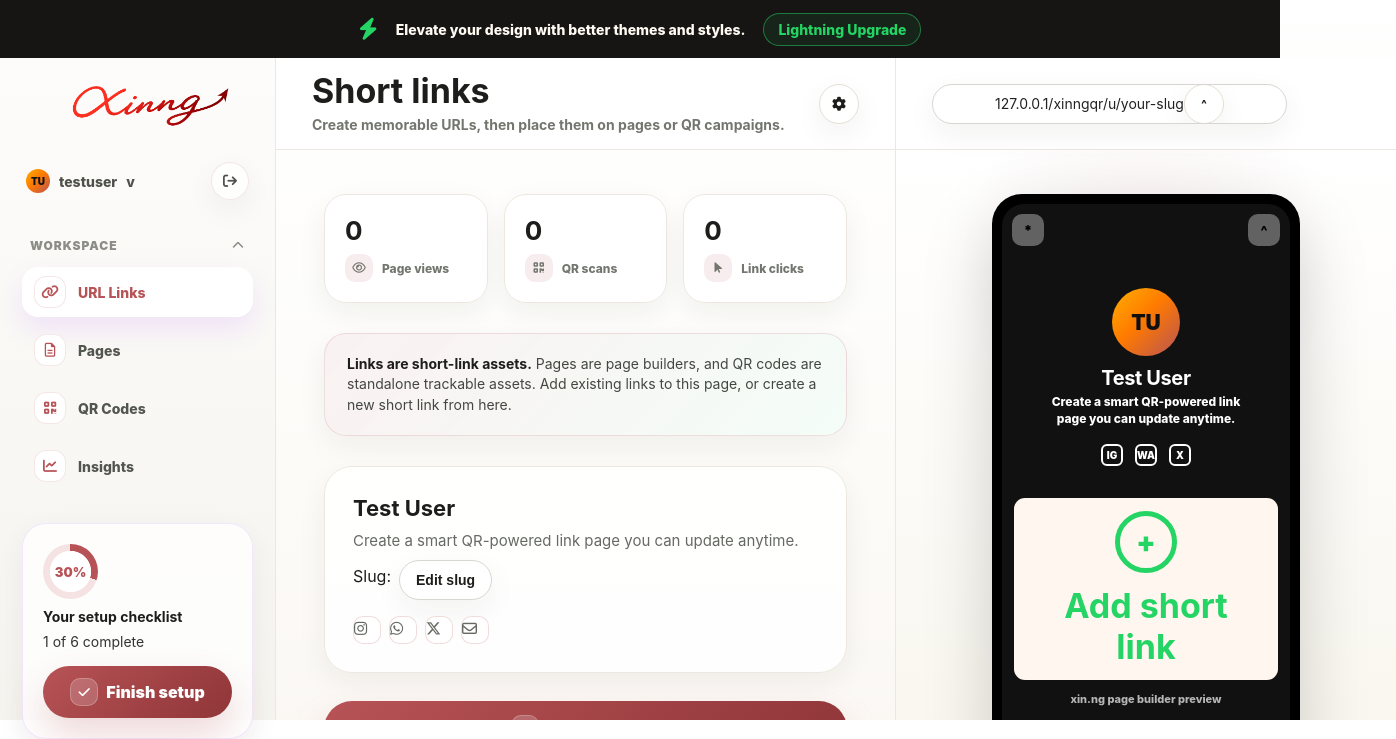
Repository: AyendiSimeon1/xinngqr
Page: http://localhost/xinngqr/dashboard.php
The author's editor kept a copy of each file at every save. The page is drawn from the files as they stood at one save, then again after the next save.
The browser window is 1280 px wide. The page is 1396 px wide, so the pictures cover 1396 px, including what lies to the right of the window. The pictures show the whole page.
An inner scrolling area shows only its first screen. The page is run by PHP 8.4 with error messages shown; the project is at /var/www/html/. The session is filled in as if someone had signed in: {"user_id": 1, "user_name": "Test User"}. Other server files are loaded and not shown. Queries for data that is not in the repository find no rows.

Above is the page before, as saved 2026-06-20 06:20:30.

### assets/dashboard.css
:root {
      --bg: #fbfaf7;
      --panel: #ffffff;
      --sidebar: #f6f4ef;
      --ink: #1d1d1b;
      --muted: #73766e;
      --line: #ece8df;
      --soft: #f8f5ef;
      --brand-red: #B75356;
      --brand-red-dark: #8f3538;
      --brand-red-soft: #f5e3e3;
      --green: #24d464;
      --gold: #ffb000;
      --orange: #ff7a00;
      --blue: #2f73ff;
      --phone: #111111;
      --shadow: 0 22px 58px rgba(39, 31, 18, .08);
      --soft-shadow: 0 10px 30px rgba(39, 31, 18, .06);
    }

    * { box-sizing: border-box; }

    body {
      margin: 0;
      min-height: 100vh;
      overflow: hidden;
      background:
        linear-gradient(180deg, #fff 0%, var(--bg) 42%, #f7f2ea 100%);
      color: var(--ink);
      font-family: Inter, ui-sans-serif, system-ui, -apple-system, BlinkMacSystemFont, "Segoe UI", sans-serif;
    }

    a { color: inherit; }

    .upgrade-bar {
      height: 58px;
      display: flex;
      align-items: center;
      justify-content: center;
      gap: 18px;
      background: #171513;
      color: #fffaf2;
      font-size: 14px;
      font-weight: 800;
    }

    .upgrade-pill {
      display: inline-flex;
      align-items: center;
      gap: 7px;
      border: 1px solid rgba(36, 212, 100, .5);
      border-radius: 999px;
      padding: 7px 14px;
      color: var(--green);
      text-decoration: none;
      background: rgba(36, 212, 100, .08);
    }

    .spark { color: var(--green); font-size: 22px; line-height: 1; }

    .dashboard {
      height: calc(100vh - 58px);
      display: grid;
      grid-template-columns: 276px minmax(620px, 1fr) 500px;
      background: transparent;
    }

    .sidebar {
      display: flex;
      flex-direction: column;
      min-height: 0;
      padding: 28px 22px 24px;
      background:
        linear-gradient(180deg, rgba(255,255,255,.72), rgba(246,244,239,.94)),
        var(--sidebar);
      border-right: 1px solid var(--line);
    }

    .brand-slot {
      display: flex;
      align-items: center;
      justify-content: flex-start;
      gap: 14px;
      min-height: 46px;
      margin-bottom: 30px;
      padding: 10px 12px;

    }

    .brand-slot img {

      Max-height: 120px;
      object-fit: contain;
      object-position: left center;
      display: block;
    }

    .account {
      display: flex;
      align-items: center;
      justify-content: space-between;
      gap: 10px;
      margin-bottom: 38px;
      padding: 0 4px;
    }

    .account-main {
      display: flex;
      align-items: center;
      gap: 9px;
      min-width: 0;
      font-weight: 800;
      color: #4f514b;
      font-size: 14px;
    }

    .avatar {
      width: 24px;
      height: 24px;
      display: inline-flex;
      align-items: center;
      justify-content: center;
      flex: 0 0 auto;
      border-radius: 999px;
      color: #111;
      font-size: 10px;
      font-weight: 900;
      background: linear-gradient(135deg, var(--gold), var(--orange) 45%, var(--brand-red));
    }

    .icon-btn {
      width: 40px;
      height: 40px;
      display: inline-flex;
      align-items: center;
      justify-content: center;
      border: 1px solid #e5dfd3;
      border-radius: 999px;
      background: var(--panel);
      color: var(--ink);
      text-decoration: none;
      font-size: 11px;
      font-weight: 1000;
      cursor: pointer;
      box-shadow: var(--soft-shadow);
    }

    .icon-btn i {
      font-size: 14px;
    }

    .sidebar .icon-btn {
      width: 38px;
      height: 38px;
      border: 1px solid rgba(183,83,86,.14);
      background: rgba(255,255,255,.7);
      color: #4f514b;
    }

    .nav-section { margin-bottom: 32px; }
    .nav-heading {
      display: flex;
      align-items: center;
      justify-content: space-between;
      padding: 0 8px 14px;
      color: #8b8d86;
      font-size: 12px;
      font-weight: 900;
      letter-spacing: .08em;
      text-transform: uppercase;
    }

    .nav-small {
      margin: 20px 8px 8px;
      color: #8b8d87;
      font-size: 12px;
      font-weight: 700;
    }

    .nav-item {
      display: flex;
      align-items: center;
      gap: 12px;
      min-height: 48px;
      margin-bottom: 8px;
      padding: 9px 12px;
      border-radius: 16px;
      color: #53564f;
      text-decoration: none;
      font-size: 14px;
      font-weight: 800;
      transition: background .16s ease, color .16s ease, transform .16s ease;
    }

    .nav-item.active {
      background: #ffffff;
      color: var(--brand-red);
      box-shadow: 0 12px 28px rgba(143, 34, 255, .10);
    }

    .nav-item:hover {
      background: rgba(255,255,255,.72);
      transform: translateY(-1px);
    }

    .nav-item.disabled {
      color: #999b95;
      cursor: default;
    }

    .nav-icon {
      width: 32px;
      height: 32px;
      display: inline-flex;
      align-items: center;
      justify-content: center;
      flex: 0 0 auto;
      border-radius: 12px;
      background: #fff;
      color: var(--brand-red);
      font-size: 14px;
      font-weight: 1000;
      box-shadow: inset 0 0 0 1px rgba(183,83,86,.14);
    }

    .new-badge,
    .later-badge {
      margin-left: auto;
      padding: 1px 6px;
      border: 1px solid var(--brand-red);
      border-radius: 999px;
      color: var(--brand-red);
      font-size: 10px;
      font-weight: 900;
    }

    .later-badge {
      border-color: #c3c4bd;
      color: #777a72;
    }

    .setup-card {
      margin-top: auto;
      padding: 20px;
      border: 1px solid rgba(143, 34, 255, .10);
      border-radius: 24px;
      background: rgba(255,255,255,.78);
      box-shadow: var(--soft-shadow);
    }

    .progress-ring {
      width: 55px;
      height: 55px;
      display: grid;
      place-items: center;
      margin-bottom: 9px;
      border-radius: 50%;
      background:
        radial-gradient(circle at center, #fff 52%, transparent 54%),
        conic-gradient(var(--brand-red) var(--completion), var(--brand-red-soft) 0);
      color: var(--brand-red);
      font-size: 13px;
      font-weight: 900;
    }

    .setup-card strong { display: block; font-size: 14px; }
    .setup-card p { margin: 8px 0 16px; color: #333; font-size: 14px; }

    .primary-btn {
      display: inline-flex;
      align-items: center;
      justify-content: center;
      gap: 8px;
      width: 100%;
      min-height: 52px;
      border: 0;
      border-radius: 999px;
      background: linear-gradient(135deg, var(--brand-red), var(--brand-red-dark));
      color: #fff;
      text-decoration: none;
      font-size: 16px;
      font-weight: 900;
      cursor: pointer;
      box-shadow: 0 18px 36px rgba(183, 83, 86, .22);
    }

    .main {
      min-width: 0;
      min-height: 0;
      display: flex;
      flex-direction: column;
      background: rgba(255,255,255,.46);
      border-right: 1px solid var(--line);
    }

    .main-header,
    .preview-header {
      min-height: 92px;
      display: flex;
      align-items: center;
      justify-content: space-between;
      padding: 0 36px;
      border-bottom: 1px solid var(--line);
      background: rgba(255,255,255,.78);
      backdrop-filter: blur(16px);
    }

    .main-header h1 {
      margin: 0;
      font-size: 34px;
      line-height: 1;
      letter-spacing: 0;
    }

    .header-title {
      display: grid;
      gap: 8px;
    }

    .header-title span {
      color: var(--muted);
      font-size: 14px;
      font-weight: 700;
    }

    .header-actions {
      display: flex;
      align-items: center;
      gap: 9px;
    }

    .label-icon {
      width: 28px;
      height: 28px;
      display: inline-flex;
      align-items: center;
      justify-content: center;
      flex: 0 0 auto;
      border-radius: 10px;
      background: rgba(183,83,86,.10);
      color: var(--brand-red);
      font-size: 13px;
      font-weight: 1000;
    }

    .primary-btn .label-icon {
      background: rgba(255,255,255,.18);
      color: #fff;
      box-shadow: inset 0 0 0 1px rgba(255,255,255,.22);
    }

    .ghost-btn {
      display: inline-flex;
      align-items: center;
      justify-content: center;
      gap: 8px;
      min-height: 40px;
      padding: 0 16px;
      border: 1px solid #d7d6d0;
      border-radius: 999px;
      background: #fff;
      color: var(--ink);
      text-decoration: none;
      font-size: 14px;
      font-weight: 800;
      box-shadow: var(--soft-shadow);
    }

    .content {
      min-height: 0;
      overflow-y: auto;
      padding: 44px 48px 80px;
    }

    .content::-webkit-scrollbar,
    .phone-screen::-webkit-scrollbar { width: 12px; }
    .content::-webkit-scrollbar-track,
    .phone-screen::-webkit-scrollbar-track { background: transparent; }
    .content::-webkit-scrollbar-thumb,
    .phone-screen::-webkit-scrollbar-thumb { background: #8f8f8d; border-radius: 999px; }

    .editor-column {
      width: min(760px, 100%);
      margin: 0 auto;
    }

    .profile-strip {
      display: flex;
      gap: 18px;
      align-items: center;
      margin-bottom: 28px;
      padding: 28px;
      border: 1px solid var(--line);
      border-radius: 28px;
      background: rgba(255,255,255,.86);
      box-shadow: var(--soft-shadow);
    }

    .profile-copy strong {
      display: block;
      font-size: 22px;
      margin-bottom: 8px;
    }

    .profile-copy span {
      display: block;
      color: #676a63;
      font-size: 15px;
      line-height: 1.55;
    }

    .social-row {
      display: flex;
      gap: 8px;
      margin-top: 16px;
    }

    .social-dot {
      width: 28px;
      height: 28px;
      display: inline-flex;
      align-items: center;
      justify-content: center;
      border: 1px solid rgba(183,83,86,.20);
      border-radius: 10px;
      background: #fff;
      color: var(--brand-red);
      font-size: 11px;
      font-weight: 900;
    }

    .add-btn {
      min-height: 56px;
      margin: 0 0 28px;
      font-size: 16px;
    }

    .secondary-row {
      display: flex;
      align-items: center;
      justify-content: space-between;
      gap: 16px;
      margin-bottom: 30px;
    }

    .archive-link {
      display: inline-flex;
      align-items: center;
      gap: 8px;
      color: #4f514b;
      text-decoration: none;
      font-size: 14px;
      font-weight: 700;
    }

    .link-card {
      position: relative;
      display: grid;
      grid-template-columns: 28px 1fr auto;
      gap: 18px;
      min-height: 152px;
      margin-bottom: 26px;
      padding: 28px 26px 22px 14px;
      border: 1px solid var(--line);
      border-radius: 28px;
      background: rgba(255,255,255,.92);
      box-shadow: var(--shadow);
    }

    .link-card.selected {
      border-color: var(--blue);
      box-shadow: 0 14px 32px rgba(47, 115, 255, .12);
    }

    .drag {
      align-self: center;
      color: #7d7f79;
      font-size: 18px;
      text-align: center;
    }

    .link-title {
      display: flex;
      align-items: center;
      gap: 8px;
      margin-bottom: 8px;
      font-weight: 900;
      line-height: 1.1;
    }

    .link-url {
      display: flex;
      align-items: center;
      gap: 8px;
      color: #2f312e;
      font-size: 15px;
      word-break: break-word;
    }

    .tiny-edit {
      color: #111;
      font-size: 13px;
      font-weight: 900;
      text-decoration: none;
    }

    .tool-row {
      display: flex;
      align-items: center;
      flex-wrap: wrap;
      gap: 12px;
      margin-top: 22px;
      color: #7d8279;
      font-size: 14px;
      font-weight: 800;
    }

    .tool-row .active-tool { color: var(--brand-red); }

    .tool-row span {
      min-width: 30px;
      height: 30px;
      display: inline-flex;
      align-items: center;
      justify-content: center;
      border-radius: 10px;
      background: #f8f5ef;
      color: #777a72;
    }

    .tool-row .click-count {
      width: auto;
      padding: 0 10px;
      gap: 7px;
    }

    .link-actions {
      display: flex;
      flex-direction: column;
      align-items: flex-end;
      justify-content: space-between;
      color: #6f746b;
      font-size: 15px;
    }

    .action-icon {
      width: 34px;
      height: 34px;
      display: inline-flex;
      align-items: center;
      justify-content: center;
      border-radius: 12px;
      background: #f8f5ef;
      color: #5c5f57;
    }

    .toggle {
      width: 34px;
      height: 20px;
      position: relative;
      border-radius: 999px;
      background: #c9cbc5;
    }

    .toggle::after {
      content: "";
      position: absolute;
      top: 3px;
      left: 3px;
      width: 14px;
      height: 14px;
      border-radius: 50%;
      background: #fff;
      box-shadow: 0 1px 2px rgba(0,0,0,.2);
    }

    .toggle.on { background: #087a32; }
    .toggle.on::after { left: 17px; }

    .suggestion {
      grid-column: 1 / -1;
      margin: 0 -24px -20px -10px;
      padding: 16px 22px;
      border-top: 1px solid rgba(47,115,255,.18);
      border-radius: 0 0 27px 27px;
      background: #f0f7ff;
      color: #111;
      font-size: 15px;
    }

    .empty-state {
      padding: 42px;
      border: 1px dashed #d9d0c0;
      border-radius: 28px;
      background: rgba(255,255,255,.86);
      color: var(--muted);
      text-align: center;
    }

    .model-note {
      margin-bottom: 30px;
      padding: 20px 22px;
      border: 1px solid rgba(183,83,86,.16);
      border-radius: 22px;
      background:
        linear-gradient(135deg, rgba(183,83,86,.08), rgba(36,212,100,.05)),
        #fff;
      color: #444741;
      font-size: 14px;
      line-height: 1.45;
      box-shadow: var(--soft-shadow);
    }

    .model-note strong {
      color: var(--ink);
    }

    .stats-row {
      display: grid;
      grid-template-columns: repeat(3, 1fr);
      gap: 16px;
      margin-bottom: 30px;
    }

    .stat-card {
      padding: 20px;
      border: 1px solid var(--line);
      border-radius: 22px;
      background: rgba(255,255,255,.88);
      box-shadow: var(--soft-shadow);
    }

    .stat-label {
      display: flex;
      align-items: center;
      gap: 9px;
      color: var(--muted);
      font-size: 12px;
      font-weight: 900;
    }

    .stat-card strong {
      display: block;
      font-size: 26px;
      margin-bottom: 8px;
    }

    .stat-card span {
      color: var(--muted);
      font-size: 12px;
      font-weight: 800;
    }

    .preview {
      min-width: 0;
      min-height: 0;
      display: flex;
      flex-direction: column;
      background: rgba(255,255,255,.72);
    }

    .url-pill {
      flex: 1;
      max-width: 355px;
      height: 40px;
      display: flex;
      align-items: center;
      justify-content: center;
      padding: 0 18px;
      border: 1px solid #d7d6d0;
      border-radius: 999px;
      color: #222;
      font-size: 14px;
      white-space: nowrap;
      overflow: hidden;
      text-overflow: ellipsis;
      background: #fff;
      box-shadow: var(--soft-shadow);
    }

    .preview-body {
      min-height: 0;
      display: grid;
      place-items: center;
      padding: 44px;
      overflow: auto;
      background:
        radial-gradient(circle at 50% 20%, rgba(183,83,86,.08), transparent 36%),
        linear-gradient(180deg, #fff, #faf7f0);
    }

    .phone {
      width: 308px;
      height: 694px;
      padding: 10px;
      border-radius: 30px;
      background: #000;
      box-shadow: 0 28px 70px rgba(0,0,0,.18);
    }

    .phone-screen {
      position: relative;
      width: 100%;
      height: 100%;
      overflow-y: auto;
      border-radius: 22px;
      background: var(--phone);
      color: #fff;
      padding: 84px 12px 20px;
      text-align: center;
    }

    .phone-top {
      position: absolute;
      top: 10px;
      left: 10px;
      right: 10px;
      display: flex;
      align-items: center;
      justify-content: space-between;
      pointer-events: none;
    }

    .phone-fab {
      width: 32px;
      height: 32px;
      display: grid;
      place-items: center;
      border-radius: 10px;
      background: rgba(255,255,255,.34);
      color: #000;
      font-size: 14px;
      font-weight: 900;
    }

    .phone-avatar {
      width: 68px;
      height: 68px;
      display: inline-flex;
      align-items: center;
      justify-content: center;
      border-radius: 50%;
      background: linear-gradient(135deg, #ffb000, #ff7a00 45%, var(--brand-red));
      color: #101010;
      font-size: 21px;
      font-weight: 1000;
    }

    .phone h2 {
      margin: 12px 0 5px;
      color: #fff;
      font-size: 20px;
      line-height: 1;
      letter-spacing: -.02em;
    }

    .phone p {
      width: 220px;
      margin: 0 auto;
      color: #fff;
      font-size: 12px;
      line-height: 1.45;
      font-weight: 800;
    }

    .phone-socials {
      display: flex;
      justify-content: center;
      gap: 12px;
      margin: 16px 0 32px;
    }

    .phone-socials span {
      width: 22px;
      height: 22px;
      display: grid;
      place-items: center;
      border: 2px solid #fff;
      border-radius: 6px;
      font-size: 10px;
      font-weight: 900;
    }

    .phone-link {
      min-height: 50px;
      display: flex;
      align-items: center;
      justify-content: center;
      position: relative;
      margin-bottom: 10px;
      padding: 13px 36px;
      border-radius: 11px;
      background: #1d1d1d;
      color: #fff;
      text-decoration: none;
      font-size: 11px;
      font-weight: 900;
    }

    .phone-link.hero {
      min-height: 150px;
      flex-direction: column;
      gap: 12px;
      background: #fff7ef;
      color: var(--green);
      font-size: 34px;
    }

    .phone-link.hero .hero-icon {
      width: 62px;
      height: 62px;
      display: grid;
      place-items: center;
      border: 5px solid var(--green);
      border-radius: 50%;
      font-size: 28px;
    }

    .phone-link .more {
      position: absolute;
      right: 12px;
      color: #898989;
      font-size: 18px;
    }

    .phone-brand {
      margin-top: 12px;
      color: #b6b6b6;
      font-size: 11px;
      font-weight: 800;
    }

    .notice {
      margin-bottom: 18px;
      padding: 13px 16px;
      border: 1px solid #f5d08a;
      border-radius: 14px;
      background: #fff8e8;
      color: #7a4b00;
      font-size: 14px;
      font-weight: 800;
    }

    @media (max-width: 1180px) {
      body { overflow: auto; }
      .dashboard {
        height: auto;
        min-height: calc(100vh - 58px);
        grid-template-columns: 220px 1fr;
      }
      .preview { display: none; }
      .main { border-right: 0; }
    }

    @media (max-width: 760px) {
      .upgrade-bar { height: auto; min-height: 52px; padding: 10px 12px; text-align: center; }
      .dashboard { display: block; }
      .sidebar { display: none; }
      .main-header { position: sticky; top: 0; z-index: 4; }
      .content { padding: 20px 14px 44px; }
      .main-header h1 { font-size: 24px; }
      .stats-row { grid-template-columns: 1fr; }
      .link-card { grid-template-columns: 1fr; padding: 22px; border-radius: 22px; }
      .drag { display: none; }
      .link-actions { flex-direction: row; align-items: center; justify-content: flex-start; gap: 18px; }
      .suggestion { margin: 0 -22px -22px; border-radius: 0 0 22px 22px; }
    }

Loaded but not shown: assets/logo.svg (1 lines, source omitted); config.php (70 lines, source omitted); dashboard.php (356 lines, source omitted)

After the next save:
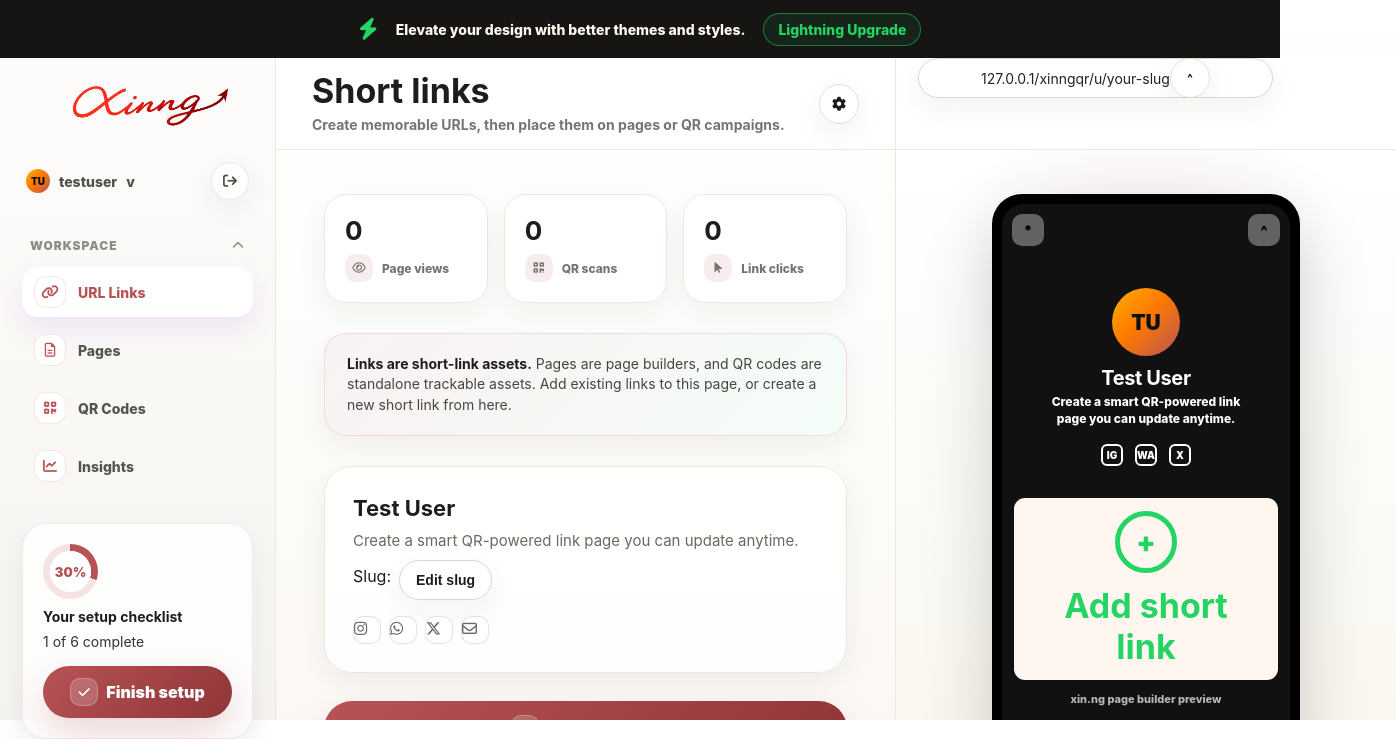
Saved 3 min 22 s later.
--- a/assets/dashboard.css
+++ b/assets/dashboard.css
@@ -44,6 +44,8 @@
       font-weight: 800;
     }
 
+
+
     .upgrade-pill {
       display: inline-flex;
       align-items: center;
@@ -491,10 +493,45 @@
     .link-url {
       display: flex;
       align-items: center;
+      justify-content: space-between;
       gap: 8px;
+      max-width: 100%;
+      width: fit-content;
+      min-height: 38px;
+      padding: 6px 8px 6px 14px;
+      border: 1px solid #e9e1d6;
+      border-radius: 999px;
+      background: #fbf8f2;
       color: #2f312e;
-      font-size: 15px;
-      word-break: break-word;
+      font-size: 14px;
+      box-shadow: inset 0 0 0 1px rgba(255,255,255,.7);
+    }
+
+    .link-slug-text {
+      min-width: 0;
+      max-width: 360px;
+      overflow: hidden;
+      text-overflow: ellipsis;
+      white-space: nowrap;
+    }
+
+    .link-url-actions {
+      display: inline-flex;
+      align-items: center;
+      gap: 6px;
+      flex: 0 0 auto;
+    }
+
+    .slug-share-icon {
+      width: 28px;
+      height: 28px;
+      display: inline-flex;
+      align-items: center;
+      justify-content: center;
+      border-radius: 50%;
+      background: #fff;
+      color: var(--brand-red);
+      box-shadow: 0 5px 14px rgba(39, 31, 18, .08);
     }
 
     .tiny-edit {
@@ -676,6 +713,16 @@
       text-overflow: ellipsis;
       background: #fff;
       box-shadow: var(--soft-shadow);
+    }
+
+
+    .preview-header {
+      display: flex;
+      align-items: stretch;
+      justify-content: space-between;
+      padding: 0 22px;
+      border-bottom: 1px solid var(--line);
+      background: rgba(255,255,255,.78);
     }
 
     .preview-body {
